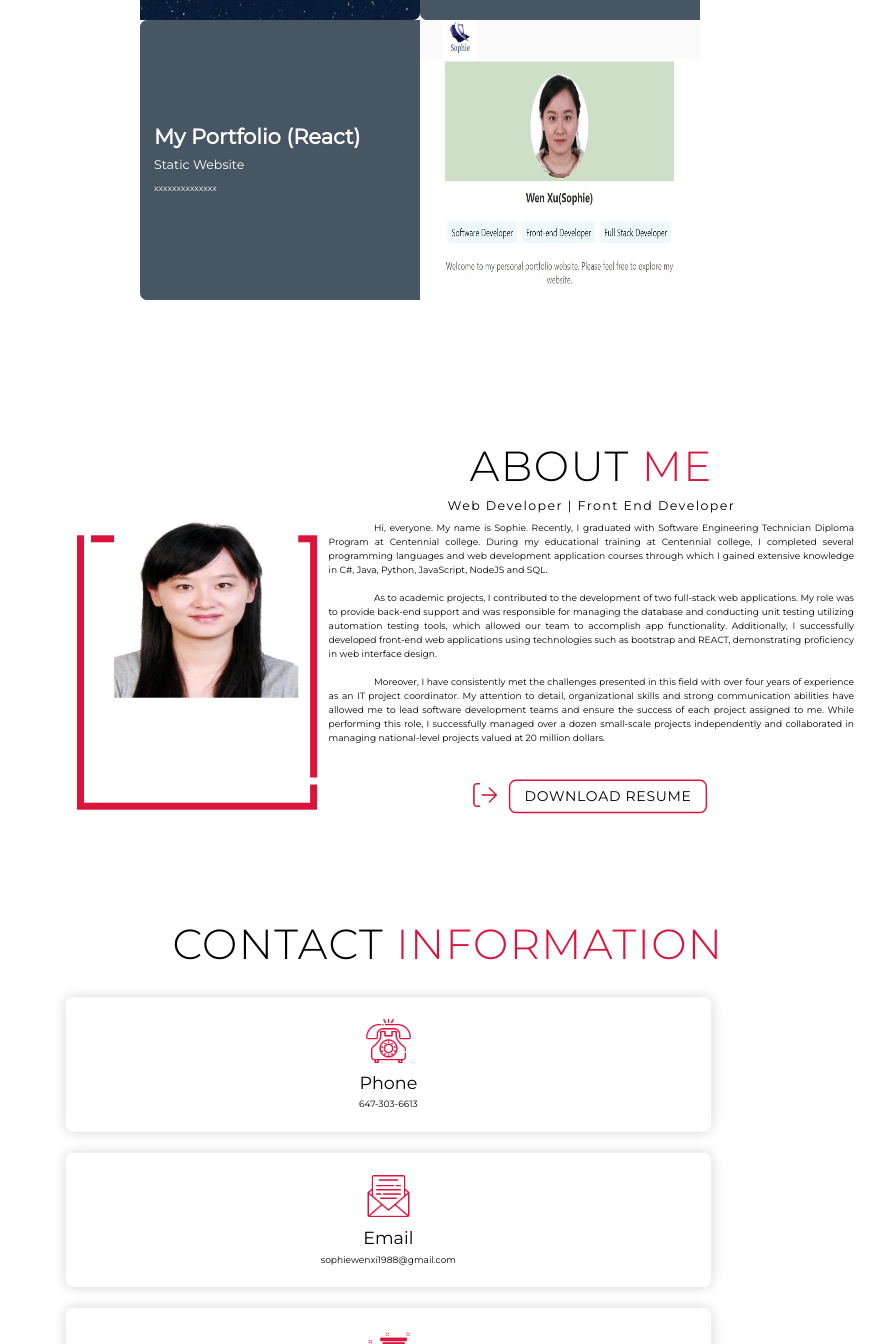
Repository: wenxi0504/StaticWebsite_Profolio
Page: index.html
The author's editor kept a copy of each file at every save. The page is drawn from the files as they stood at one save, then again after the next save.
The browser window is 1280 px wide. The pictures show the part of the page from y = 1714 to 3634 px (the page is 4007 px tall), at 70% of full size.

Above is the page before, as saved 2022-03-06 00:14:38.

### index.html
<!DOCTYPE html>
<html lang="en">
  <head>
    <meta charset="UTF-8" />
    <meta http-equiv="X-UA-Compatible" content="IE=edge" />
    <meta name="viewport" content="width=device-width, initial-scale=1.0" />
    <link rel="stylesheet" href="style.css" />
    <title>Portfolio</title>
  </head>
  <body>
    <!-- Header Section -->
    <section id="header">
      <div class="header container">
        <div class="nav-bar">
          <div class="brand">
            <a href="#myIntro">
              <h1><span>Sophie</span>&nbsp&nbspXu</h1>
            </a>
          </div>
          <div class="nav-list">
            <div class="hamburger">
              <div class="bar"></div>
            </div>
            <ul>
              <li><a href="#myIntro" data="Home" >Home</a></li>
              <li><a href="#projects" data="Projects" >Projects</a></li>
              <li><a href="#about" data="About">About</a></li>
              <li><a href="#contact" data="Contact" >Contact</a></li>
            </ul>
          </div>
        </div>
      </div>
    </section>

    <!-- End Header Section -->
    <!-- Introduction Section -->
    <section id="myIntro">
      <div class="myIntro container">
        <div class="card">
          <h1>Hello, everyone <span></span></h1>
          <h1>My name is Sophie <span></span></h1>
          <a href="#" type="button" class="cta">Portfolio</a>
        </div>
      </div>
    </section>
    <!-- End Introduction Section -->
    <!-- Projects Section -->
    <section id="projects">
      <div class="projects container">
        <div class="projects-header">
          <h1 class="section-title">Academic <span>Projects</span></h1>
        </div>
        <div class="all-projects">
          <div class="project-item">
            <div class="project-info">
              <h1>MyEvent</h1>
              <h2>Full-Stack Website</h2>
              <p>* Created web application to find and promote social events in Ontario.</p>
               <p> * Using HTML, CSS, JavaScript, Bootstrap, Figma, NodeJS and MongoDB.</p>
                <p >* Link: <a class="project-link" href="http://me-myevent.herokuapp.com">http://me-myevent.herokuapp.com</a> </p>

            </div>
            <div class="project-img">
              <img src="./images/MyEventCover1.jpg" alt="MyEventImg">
            </div>
          </div>
          <div class="project-item">
            <div class="project-info">
              <h1>Polar Eclipse Survey </h1>
              <h2>Full-Stack Website</h2>
              <p>* Developed a website where users can create and implement custom surveys for front-end and back-end development. </p>
               <p>* Using HTML, CSS, TypeScript, NodeJS and MongoDB.</p>
               <p>* Link: <a class="project-link" href="http://polar-eclipes-survey-site.herokuapp.com">http://polar-eclipes-survey-site.herokuapp.com</a></p>

            </div>
            <div class="project-img">
              <img src="./images/EclipseSurvey.jpg" alt="SurveyImg">
            </div>
          </div>
          <div class="project-item">
            <div class="project-info">
              <h1>My Portfolio (React)</h1>
              <h2>Static Website</h2>
              <p>xxxxxxxxxxxxxx</p>
            </div>
            <div class="project-img">
              <img src="./images/MyPortfolioReact.jpg" alt="MyPortfolioReactImg">
            </div>
          </div>
        </div>
      </div>
    </section>
    <!-- End  Projects Section -->

    <!-- About Me Section -->
    <section id="about">
      <div class="about container">
        <div class="col-left">
          <div class="about-img">
            <img src="./images/3.identical photos_副本.jpg" alt="sophieImg">
          </div>
        </div>
        <div class="col-right">
          <h1 class="section-title">About <span>me</span></h1>
         <h2> <span></span> Web Developer | Front End Developer</h2>
        <p> Hi, everyone. My name is Sophie. Recently, I graduated with Software Engineering Technician Diploma Program at Centennial college. During my educational training at Centennial college, I completed several programming languages and web development application courses through which I gained extensive knowledge in C#, Java, Python, JavaScript, NodeJS and SQL. </p>
        <P>As to academic projects, I contributed to the development of two full-stack web applications. My role was to provide back-end support and was responsible for managing the database and conducting unit testing utilizing automation testing tools, which allowed our team to accomplish app functionality. Additionally, I successfully developed front-end web applications using technologies such as bootstrap and REACT, demonstrating proficiency in web interface design. </p>
         <p> Moreover, I have consistently met the challenges presented in this field with over four years of experience as an IT project coordinator. My attention to detail, organizational skills and strong communication abilities have allowed me to lead software development teams and ensure the success of each project assigned to me. While performing this role, I successfully managed over a dozen small-scale projects independently and collaborated in managing national-level projects valued at 20 million dollars. </p>
         <img  class="downloadImg" src="./images/icons8-arrow-48.png" alt="downloaded"><a href="#" class="cta" > Download Resume</a>
        </div>
      </div>
    </section>
    <!-- End About Me Section -->
    <!-- Contact Section -->
    <section id="contact">
      <div class="contact container">
        <div>
          <h1 class="section-title">Contact <span>Information</span></h1>
        </div>
        <div class="contact-items">
          <div class="contact-item">
            <div class="icon"><img src="./images/icons8-phone-64.png "/></div>
            <div class="contact-info">
              <h1>Phone</h1>
              <h2>647-303-6613 </h2>
          </div>
          </div>
          <div class="contact-item">
            <div class="icon">
              <img src="./images/icons8-email-64.png" alt="sEmail">
            </div>
          <div class="contact-info">
            <h1>Email</h1>
            <h2>sophiewenxi1988@gmail.com</h2>
          </div>
          </div>
          <div class="contact-item">
            <div class="icon"><img src="./images/icons8-address-66.png" /></div>
            <div class="contact-info">
              <h1>Address</h1>
              <h2>Markham, Ontario, Canada </h2>
          </div>
          </div>
        </div>
      </div>
    </section>
    <!-- End Contact Section -->
  <!-- Footer Section -->
  <section id="footer">
    <div class="footer container">
      <div class="brand">
        <h1><span>Sophie</span> Xu</h1>
      </div>
      <div class="social-icon">
        <div class="social-item">
          <a href="#"><img src="./images/icons8-facebook-48.png" /></a>
        </div>
        <div class="social-item">
          <a href="#"><img src="./images/icons8-instagram-48.png" /></a>
        </div>
        <div class="social-item">
          <a href="#"><img src="./images/icons8-twitter-48.png" /></a>
        </div>
        <div class="social-item">
          <a href="#"><img src="./images/icons8-linkedin-48.png" /></a>
        </div>
      </div>
      <p>Copyright © 2022 Sophie Xu. All rights reserved</p>
    </div>
  </section>
  <!-- End Footer Section -->
    <!-- JavaScript -->
  <script src="./index.js"></script>
  <!-- End JavaScript -->
  </body>

</html>

### style.css
/* import custom font from GoogleFonts */
@import "https://fonts.googleapis.com/css?family=Montserrat:300, 400, 700&display=swap";
* {
  margin: 0px;
  padding: 0px;
  box-sizing: border-box;
}

html {
  font-size: 10px;
  font-family: "Montserrat", sans-serif;
}

a {
  text-decoration: none;
}

.container {
  min-height: 100vh;
  width: 100%;
  display: flex;
  align-items: center;
  justify-content: center;
}
/* Header Section */
#header {
	position: fixed;
	z-index: 1000;
	left: 0;
	top: 0;
	width: 100vw;
	height: auto;
}
#header .header {
	min-height: 8vh;
	background-color: rgba(31, 30, 30, 0.24);
	transition: 0.3s ease background-color;
}
#header .nav-bar {
	display: flex;
	align-items: center;
	justify-content: space-between;
	width: 100%;
	height: 100%;
	max-width: 1300px;
	padding: 0 10px;
}
#header .nav-list ul {
	list-style: none;
	position: absolute;
	background-color: rgb(31, 30, 30);
	width: 100vw;
	height: 100vh;
	left: 100%;
	top: 0;
	display: flex;
	flex-direction: column;
	justify-content: center;
	align-items: center;
	z-index: 1;
	overflow-x: hidden;
	transition: 0.5s ease left;
}
#header .nav-list ul.active {
	left: 0%;
}

#header .nav-list ul a {
	font-size: 2.5rem;
	font-weight: 500;
	letter-spacing: 0.2rem;
	text-decoration: none;
	color: white;
	text-transform: uppercase;
	padding: 20px;
	display: block;
}
#header .nav-list ul a::after {
	content: attr(data);
	position: absolute;
	top: 50%;
	left: 50%;
	transform: translate(-50%, -50%) scale(0);
	color: rgba(240, 248, 255, 0.021);
	font-size: 13rem;
	letter-spacing: 50px;
	z-index: -1;
	transition: 0.3s ease letter-spacing;
}
#header .nav-list ul li:hover a::after {
	transform: translate(-50%, -50%) scale(1);
	letter-spacing: initial;
}
#header .nav-list ul li:hover a {
	color: crimson;
}
#header .hamburger {
	height: 60px;
	width: 60px;
	display: inline-block;
	border: 3px solid white;
	border-radius: 50%;
	position: relative;
	display: flex;
	align-items: center;
	justify-content: center;
	z-index: 100;
	cursor: pointer;
	transform: scale(0.8);
	margin-right: 20px;
}
#header .hamburger:after {
	position: absolute;
	content: '';
	height: 100%;
	width: 100%;
	border-radius: 50%;
	border: 3px solid white;
	animation: hamburger_puls 1s ease;
}
#header .hamburger .bar {
	height: 2px;
	width: 30px;
	position: relative;
	background-color: white;
	z-index: -1;
}
#header .hamburger .bar::after,
#header .hamburger .bar::before {
	content: '';
	position: absolute;
	height: 100%;
	width: 100%;
	left: 0;
	background-color: white;
	transition: 0.3s ease;
	transition-property: top, bottom;
}
#header .hamburger .bar::after {
	top: 8px;
}
#header .hamburger .bar::before {
	bottom: 8px;
}
#header .hamburger.active .bar::before {
	bottom: 0;
}
#header .hamburger.active .bar::after {
	top: 0;
}
/* End Header Section */

/* myIntro Section */
#myIntro {
  background-image: url(./images/ProfolioBackground.jpg);
  background-size: cover;
  background-position: top center;
  position: relative;
  z-index: 0;

}

/* background blurring */
#myIntro ::after {
  content: '';
  position: absolute;
  left: 0px;
  top: 0px;
  height: 100%;
  width: 100%;
  background-color:black;
  opacity: 10%;
  z-index: -1;
}

/* setup the max-width window */
#myIntro .myIntro{
max-width: 1200px;
margin: 0 auto;
padding: 0 50px;
justify-content: center;
}



#myIntro h1 {
  display: block;
  width: fit-content;
  font-size: 4rem;
  color: white;
  /* animation: text_reveal 0.5s ease forwards;
  animation-delay: 1s; */


}

/* #myIntro h1:nth-child(1){

  animation-delay:1s;
}

#myIntro h1:nth-child(2){

  animation-delay:2s;
}

#myIntro h1 span{
position: absolute;
top:0;
left:0;
height: 100%;
width: 0;
background-color:crimson;
animation: text_reveal_box 1s ease;
animation-delay:0.5s

}

#myIntro h1:nth-child(1) span {
	animation-delay: 0.5s;
}
#myIntro h1:nth-child(2) span {
	animation-delay: 1.5s;
} */

.cta {
  display: inline-block;
  padding: 1rem 1rem;
  color: white;
  background-color: transparent;
  border: 2px solid crimson;
  border-radius: 10px;
  font-size: 2rem;
  text-transform: uppercase;
  letter-spacing: 0.1rem;
  margin-top: 30px;
  transition: 0.3s ease;
  transition-property: background-color;
}

.cta:hover {
  background-color: crimson;

}

/* end myIntro section */

/* keyframes */
/* @keyframes text_reveal_box {
	50% {
		width: 100%;
		left: 0;
	}
	100% {
		width: 0;
		left: 100%;
	}
}
@keyframes text_reveal {
	100% {
		color: white;
	}
} */

/* Project Section */
.section-title {
	font-size: 4rem;
	font-weight: 300;
	color: black;
	margin-bottom: 10px;
	text-transform: uppercase;
	letter-spacing: 0.2rem;
	text-align: center;
}
.section-title span {
	color: crimson;
}

#projects .projects{
  flex-direction: column;
  max-width: 1200px;
  margin: 0,auto;
  padding: 100px 0;

}

#projects .projects-header h1{
  margin-bottom: 50px;
}

#projects .all-projects{
  display:flex;
  flex-direction: column;
  justify-content: center;
  align-items:center;
}

#projects .project-item{
  display: flex;
  /* flex-direction: column; */
  justify-content: center;
  align-items:center;
  width:100%;
  height:302px;
  margin: 20px auto;
  overflow: hidden;
}

#projects .project-info{
  display: flex;
  flex-direction: column;
  justify-content: center;
  align-items:flex-start;
  padding: 20px;
  flex-basis: 50%;
  width: 400px;
  height: 300px;
  background-image:linear-gradient(60deg,#29323c, 0%, #485563 100%);
  color:white;

  border-top-left-radius: 10px;
  border-bottom-left-radius:10px;
}

#projects .project-info h1 {

	font-size: 3rem;
	font-weight: 800;
}
#projects .project-info h2 {
	font-size: 1.8rem;
	font-weight: 500;
	margin-top: 10px;
}
#projects .project-info p {
	color: white;
  font-size: 1.2rem;
  padding-top: 5px;
  margin-top: 5px;
  line-height: 25px;
}
#projects .project-info .project-link{
  color:white;
}

#projects .project-img {
	flex-basis: 50%;
  width:400px;
	height: 300px;
	overflow: hidden;
	position: relative;
  border-top-right-radius: 10px;
  border-bottom-right-radius:10px;
}

#projects .project-img img{
  width:100%;
  height: 100%;
  transition: 0.3s ease transform;
}

#projects .project-item:hover .project-img img {
	transform: scale(1.1);
}

/* #projects .project-img:after {
	content: '';
	position: absolute;
	left: 0;
	top: 0;
	height: 100%;
	width: 100%;
	background-image: linear-gradient(60deg, #29323c 0%, #485563 100%);
	opacity: 0.7;
}
#projects .project-img img {
	transition: 0.3s ease transform;
}
*/
/* About Section */
#about .about{
  flex-direction:column-reverse;
  text-align:center;
  max-width:1200px;
  margin: 0 auto;
  padding:100px 20px;
}

/* SophieImg */
 #about .col-left{
  width:250px;
  height:360px;
}

#about .col-right {
	width: 100%;
}

#about .col-right h2 {
	font-size: 1.8rem;
	font-weight: 500;
	letter-spacing: 0.2rem;
	margin-bottom: 10px;
}

#about .col-right p {
  font-size: 1.3rem;
  text-align: justify;
  text-indent:5em;
  line-height: 2rem;
	margin-bottom: 20px;
}

#about .col-right .cta{
  color:black;
  margin-bottom: 50px;
  padding: 10px 20px;
  font-size: 2rem;
}

#about .col-right .cta:hover{
  color:white;

}

#about .col-right .downloadImg{
  position: relative;
  top:15px;
  right: 10px
}

#about .col-left .about-img{
  height: 100%;
  width: 100%;
  position: relative;
  border:10px solid white;
}
#about .col-left .about-img img{
  height: 70%;
  width: 80%;
}

#about .col-left .about-img::after{
  content:'';
  position: absolute;
  left:-20px;
  top:25px;
  height: 65%;
  width:80%;
  border:7px solid crimson;
  z-index: -1;
}
/* End About Section */
/* Contact Section */
#contact .contact{
  flex-direction: column;
  max-width: 1200px;
  margin:0 auto;
  width:90%
}

#contact .contact-items{
  width:100%
}

#contact .contact-item{
  width:80%;
  padding: 20px;
  text-align: center;
  border-radius:10px;
  padding: 30px;
  margin:30px;
  display: flex;
  justify-content: center;
  align-items:center;
  flex-direction: column;
  box-shadow: 0px 0px 18px 0 #0000002c;
  transition: 0.3s ease box-shadow;
}
#contact .contact-item:hover{
  box-shadow: 0px 0px 5px 0 #0000002c;
}

#contact .icon {
	width: 70px;
	margin: 0 auto;
	margin-bottom: 10px;
}
#contact .contact-info h1 {
	font-size: 2.5rem;
	font-weight: 500;
	margin-bottom: 5px;
}
#contact .contact-info h2 {
	font-size: 1.3rem;
	line-height: 2rem;
	font-weight: 500;
}

/* End Contact Section */

/* Footer Section */
#footer{
  background-image:linear-gradient(60deg, #29323c 0%, #485563 100%);
}

#footer .footer{
  min-height: 200px;
  flex-direction: column;
  padding-top:50px;
  padding-bottom: 10px;
}
.brand h1 {
	font-size: 3rem;
	text-transform: uppercase;
	color: white;
}
.brand h1 span {
	color: crimson;
}

#footer .social-icon {
	display: flex;
	margin-bottom: 30px;
}
#footer .social-item {
	height: 50px;
	width: 50px;
	margin: 0 5px;
}
#footer .social-item img {
	filter: grayscale(1);
	transition: 0.3s ease filter;
}
#footer .social-item:hover img {
	filter: grayscale(0);
}
#footer p {
	color: white;
	font-size: 1.3rem;
}

/* End Footer Section */

/* keyframes */
@keyframes hamburger_puls {
	0% {
		opacity: 1;
		transform: scale(1);
	}
	100% {
		opacity: 0;
		transform: scale(1.4);
	}
}


/* Media Section */
/* Media Query for table */
@media only screen and (min-width:768px) {
  /* Portfolio button */
  .cta{
    font-size:2.5rem;
    padding:20px 60px;
  }
 h1.section-title{
   font-size: 6rem;
 }

 /* myIntro */
 #myIntro h1{
   font-size:7rem;
 }

 /* End myIntro */

 /* Projects */
 #projects .project-item{
   flex-direction: row;
 }

 #projects .project-item:nth-child(even)
 {
   flex-direction:row-reverse;
 }

 #projects .project-item {
  height: 400px;
  margin: 0;
  width: 100%;
  border-radius: 0;
}
#projects .all-projects .project-info {
  height: 100%;
}
#projects .all-projects .project-img {
  height: 100%;
}
 /* End Projects */
 /* About Section */
 #about .about{
   flex-direction: row;
  }
  #about .col-left{
    width: 600px;
    height: 400px;
    padding-left: 60px;
  }

  #about .about .col-left .about-img::after{
    left: -45x;
    top:34px;
    height:98%;
    width:98%;
    border: 10px solid crimson;
  }

 /* End About Section */

}
/* End Media Section */

### index.js
const hamburger=document.querySelector('.header .nav-bar .nav-list .hamburger')
const mobile_menu=document.querySelector('.header .nav-bar .nav-list ul');
const menu_item =document.querySelectorAll('.header .nav-bar .nav-list ul li a');
const header =document.querySelector('.header .container');

hamburger.addEventListener('click',()=>{
    hamburger.classList.toggle('active');
    mobile_menu.classList.toggle('active');
})

After the next save:
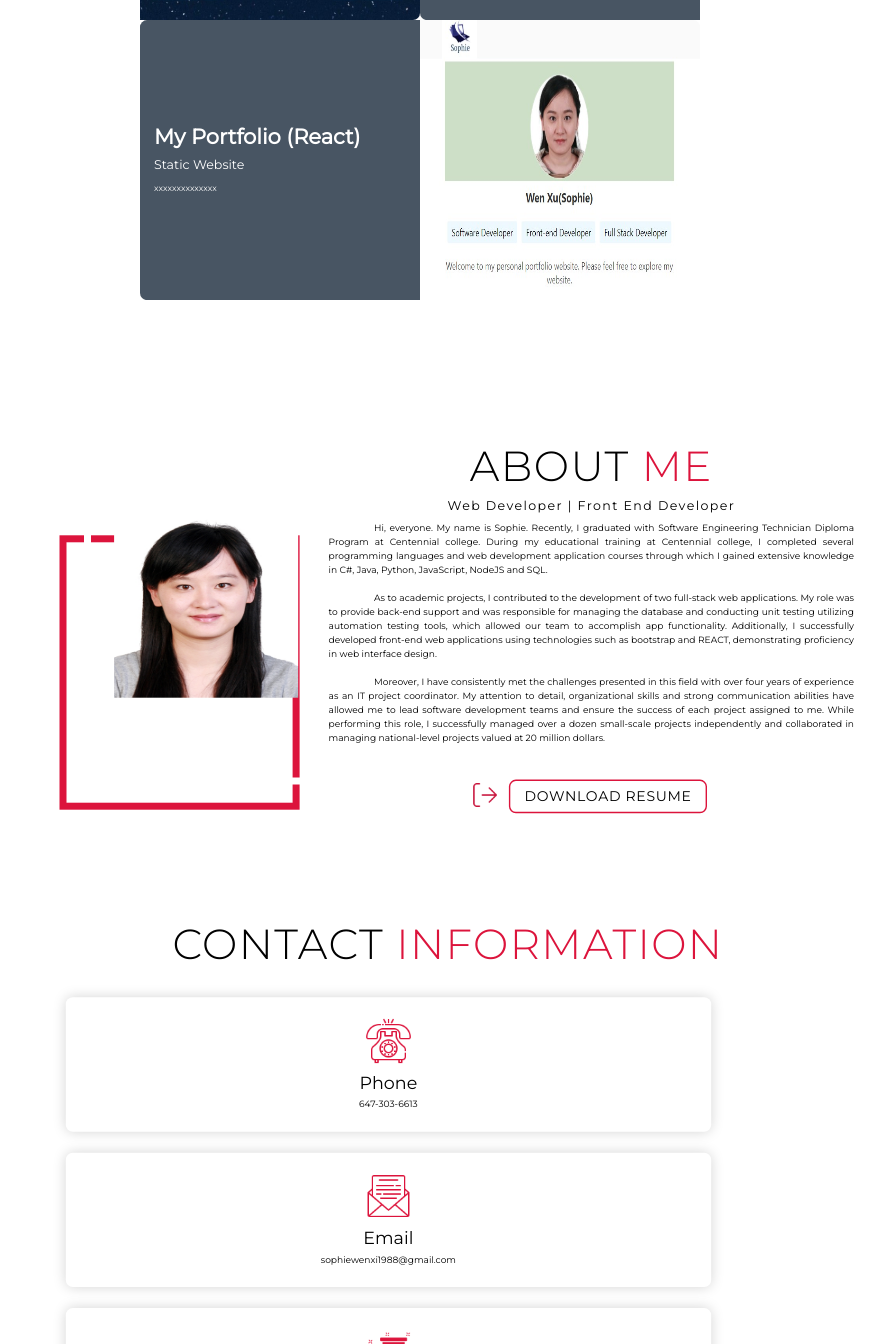
Saved 6 s later.
--- a/style.css
+++ b/style.css
@@ -608,7 +608,7 @@ animation-delay:0.5s
   }
 
   #about .about .col-left .about-img::after{
-    left: -45x;
+    left: -45px;
     top:34px;
     height:98%;
     width:98%;
